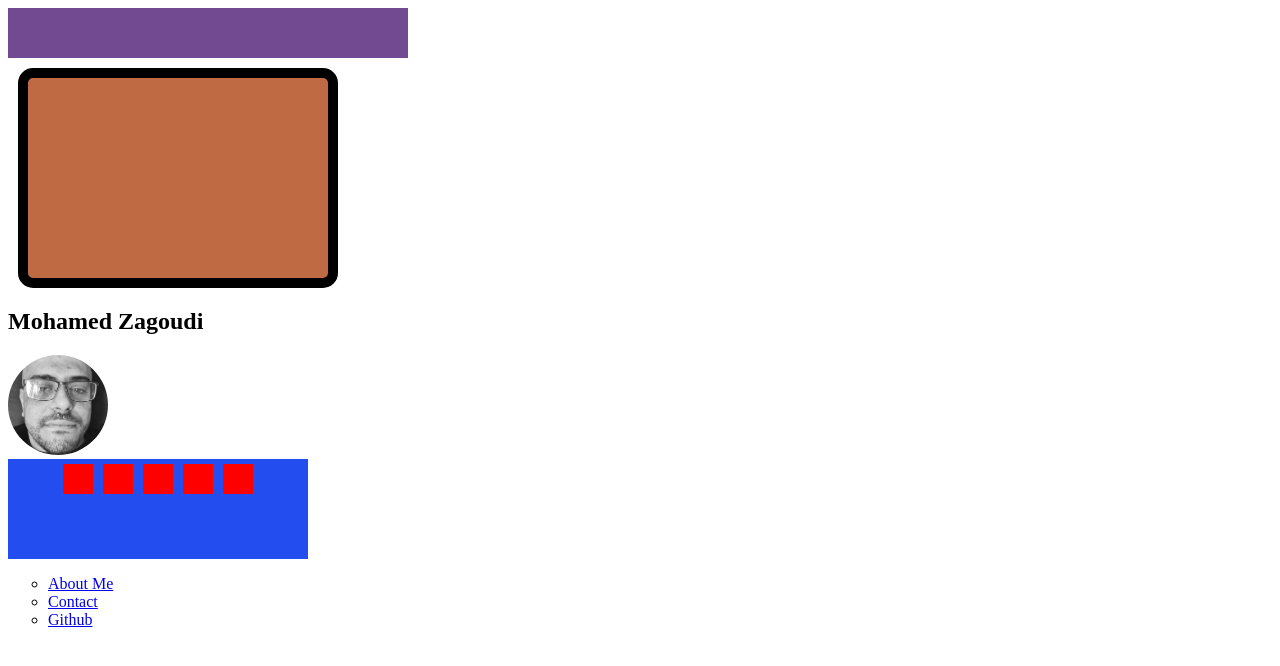
Repository: Mohzagou/Eersteportofolio
Page: index.html
The author's editor kept a copy of each file at every save. The page is drawn from the files as they stood at one save, then again after the next save.
The browser window is 1280 px wide. The pictures show the whole page.

Above is the page before, as saved 2022-06-07 19:36:43.

After the next save:
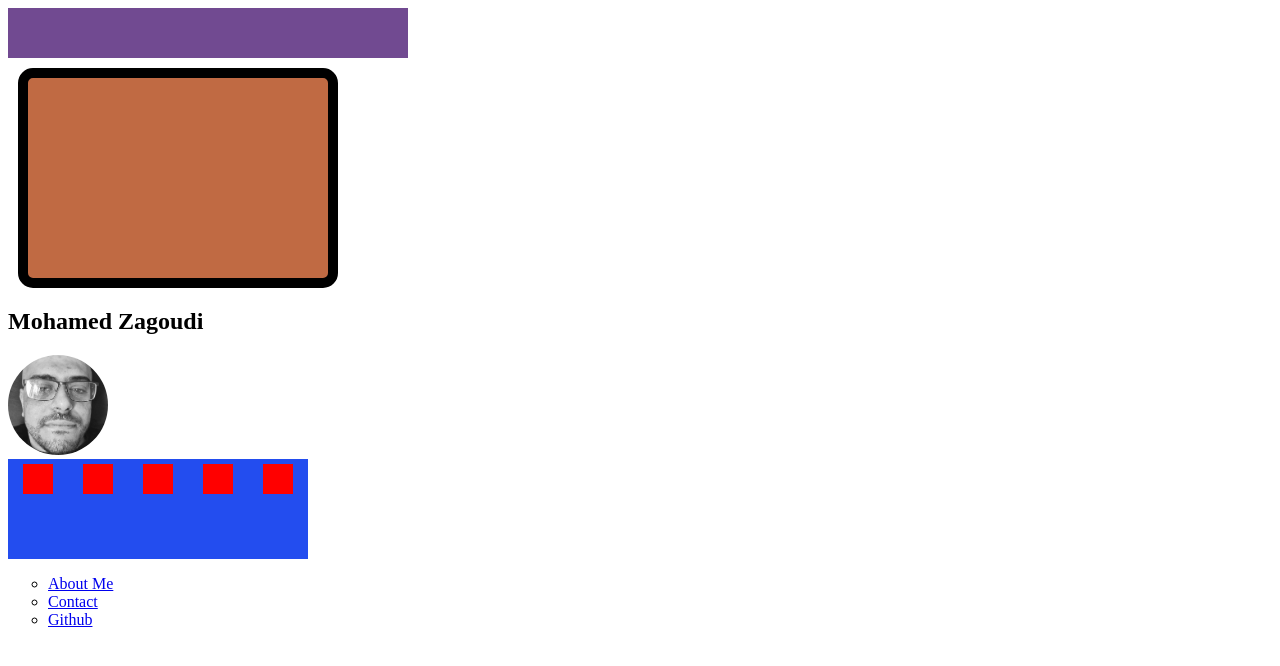
Saved 25 s later.
--- a/styles.css
+++ b/styles.css
@@ -9,9 +9,9 @@ section {
     height: 100px;
     background-color: #234def;
     display: flex;
-    flex-direction: flex;
+    flex-direction: row;
     flex-wrap: wrap;
-    justify-content: center;
+    justify-content: space-around;
 }
 
 .about-me {
